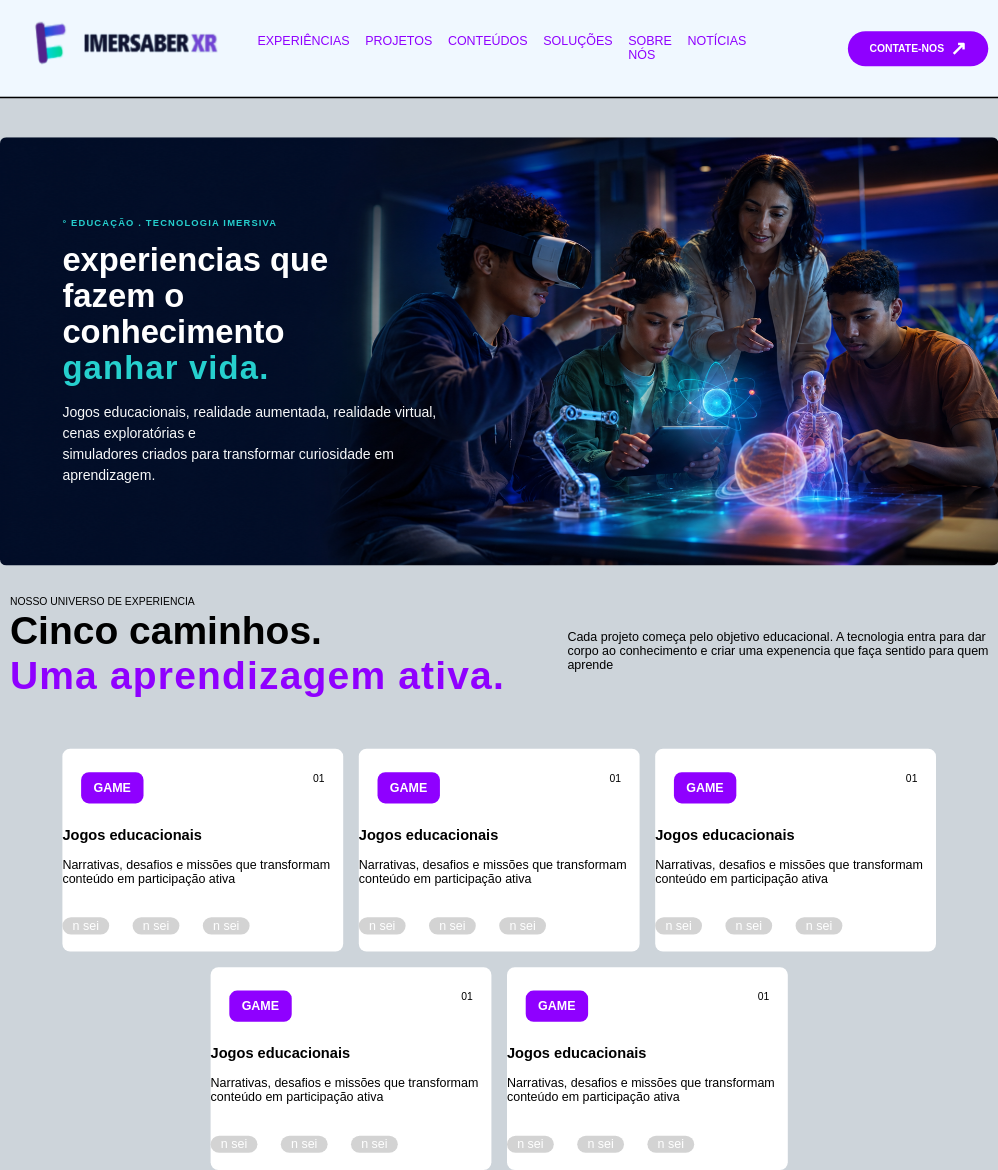
Repository: antonymsantana-design/Avaliacao.Parte.01
Page: html/index.html
An editor plug-in stored every save of this project. The page is shown before and after the next save, followed by the edit.
The browser window is 1280 px wide. The pictures show the whole page, at 78% of full size.

Above is the page before, as saved 2026-08-29 18:49:06.

### html/index.html
<!DOCTYPE html>
<html lang="pt-br">

<head>
    <meta charset="UTF-8">
    <meta name="viewport" content="width=device-width, initial-scale=1.0">
    <title>avaliação </title>
    <link rel="stylesheet" href="../css/Style.css">
</head>
<header>
    <div class="conteudoH" id="conteudoH">
        <div class="imagem" id="imagem">
            <img src="../images/Design sem nome.png" alt="logo" class="logoIMG" id="logoIMG">
        </div>
        <div class="links" id="links">
            <a href="#">EXPERIÊNCIAS</a>
            <a href="#">PROJETOS</a>
            <a href="#">CONTEÚDOS</a>
            <a href="#">SOLUÇÕES</a>
            <a href="#">SOBRE NÓS</a>
            <a href="#">NOTÍCIAS</a>
        </div>
        <div class="btnDiv" id="btnDiv">
            <button class="btn" id="btn">
                <div class="btnTxt" id="btnTxt">
                    <p>CONTATE-NOS</p>
                </div>
                <div class="emoji" id="emoji">
                    <p>↗</p>
                </div>
            </button>
        </div>
    </div>
</header>

<body>


    <div class="conteudoBanner">
        <img src="../images/hero-banner-imersaber.png" alt="banner">
        <div class="txtBanner" id="txtBanner">
            <span>° EDUCAÇÃO . TECNOLOGIA IMERSIVA</span>
            <h1>experiencias que <br> fazem o <br> conhecimento <br> <span class="spn">ganhar vida. </span></h1>
            <p>Jogos educacionais, realidade aumentada, realidade virtual, cenas exploratórias e<br>
                simuladores criados para transformar curiosidade em aprendizagem.</p>
        </div>
    </div>

    <BR></BR>

    <div class="titulo" id="titulo">
        <div class="eTitulo">
            <small>NOSSO UNIVERSO DE EXPERIENCIA</small>
            <h1 class="eH1">Cinco caminhos. <br>
                <span>Uma aprendizagem ativa.</span>
            </h1>
        </div>
        <div class="dTitulo">
            <p>Cada projeto começa pelo objetivo educacional. A tecnologia entra para dar <br> corpo ao conhecimento e
                criar uma expenencia que faça sentido para quem <br> aprende</p>
        </div>
    </div>

    <div class="cards">

        <div class="card1">
            <div class="cima">
                <p>GAME</p>
                <small>01</small>
            </div>
            <div class="meio">
                <h3>
                    Jogos educacionais
                </h3> <br>
                <p>Narrativas, desafios e missões que transformam conteúdo em participação ativa</p>
            </div>
            <div class="baixo">
                <p> n sei</p>
                <p> n sei</p>
                <p> n sei</p>
            </div>
        </div>

        <div class="card1">
            <div class="cima">
                <p>GAME</p>
                <small>01</small>
            </div>
            <div class="meio">
                <h3>
                    Jogos educacionais
                </h3> <br>
                <p>Narrativas, desafios e missões que transformam conteúdo em participação ativa</p>
            </div>
            <div class="baixo">
                <p> n sei</p>
                <p> n sei</p>
                <p> n sei</p>
            </div>
        </div>

        <div class="card1">
            <div class="cima">
                <p>GAME</p>
                <small>01</small>
            </div>
            <div class="meio">
                <h3>
                    Jogos educacionais
                </h3> <br>
                <p>Narrativas, desafios e missões que transformam conteúdo em participação ativa</p>
            </div>
            <div class="baixo">
                <p> n sei</p>
                <p> n sei</p>
                <p> n sei</p>
            </div>
        </div>

        <div class="card1">
            <div class="cima">
                <p>GAME</p>
                <small>01</small>
            </div>
            <div class="meio">
                <h3>
                    Jogos educacionais
                </h3> <br>
                <p>Narrativas, desafios e missões que transformam conteúdo em participação ativa</p>
            </div>
            <div class="baixo">
                <p> n sei</p>
                <p> n sei</p>
                <p> n sei</p>
            </div>
        </div>

        <div class="card1">
            <div class="cima">
                <p>GAME</p>
                <small>01</small>
            </div>
            <div class="meio">
                <h3>
                    Jogos educacionais
                </h3> <br>
                <p>Narrativas, desafios e missões que transformam conteúdo em participação ativa</p>
            </div>
            <div class="baixo">
                <p> n sei</p>
                <p> n sei</p>
                <p> n sei</p>
            </div>
        </div>

    </div>

</body>

</html>

### css/Style.css
* {
    padding: 0px;
    margin: 0px;
    font-family: Arial, Helvetica, sans-serif;
}

body{
    background-color: rgb(205, 212, 218);
}

header {
    background-color: aliceblue;
    border-bottom: 2px solid black;
}

.conteudo {
    margin-top: 5px;
}

.conteudoH {
    display: flex;
    justify-content: space-between;
    padding-right: 100px;
    align-items: center;
}

a {
    text-decoration: none;
    color: #8f00ff;
}

.logoIMG {
    width: 330px;
    height: 120px;
}

.links {
    display: flex;
    gap: 20px;
    justify-content: center;
    padding-right: 130px;
}

.btn {
    display: flex;
    justify-content: center;
    width: 180px;
    height: 45px;
    background-color: #8F00FF;
    font-weight: 800;
    border: none;
    border-radius: 25px;
    color: white;
    align-items: center;
    gap: 8px;
}

.emoji {
    font-size: 25px;
}

/*parte banner*/

.txtBanner p {
    margin: 0;
    font-size: 18px;
    color: #f8f9fa;
}

.conteudoBanner {
    position: relative;
    width: 100%;
    margin: 50px auto 0;
}

.conteudoBanner img {
    width: 100%;
    height: auto;
    display: block;
    border-radius: 8px;
}

.txtBanner {
    position: absolute;
    top: 50%;
    left: 80px;
    color: white;
    transform: translateY(-50%);
    max-width: 500px;
    font-family: sans-serif;
}

span {
    font-size: 12px;
    letter-spacing: 1.5px;
    font-weight: bold;
    color: #26d0ce;
    display: block;
    margin-bottom: 15px;
}

.txtBanner h1 {
    font-size: 42px;
    font-weight: 800;
    line-height: 1.1;
    margin: 0 0 20px 0;
}

.spn {
        font-size: 42px;
    color: #26d0ce;
}

.txtBanner {
    font-size: 14px;
    line-height: 1.5;
}

/*parte 3*/

.titulo{
    display: flex;
    justify-content: center;
    gap: 80px;
    margin-bottom: 50px;
}

.dTitulo{
    display: flex;
    justify-content: center;
    align-items: center;
}

.eH1{
    font-size: 50px;
}

.eH1 span{
    color: #8F00FF;
   font-size: 50px;
}

.card1{
    padding-top: 30px;
    width: 360px;
    height: 230px;
    background-color: white;
    border-radius: 10px;
}

.cima{
    display: flex;
    justify-content: space-around;
    gap: 170px;
    margin-bottom: 30px;
}

.cima p{
    color: white;
    background-color: #8F00FF;
    width: 80px;
    height: 40px;
    border-radius: 10px;
    display: flex;
    justify-content: center;
    align-items: center;
    font-weight: bold;
}

.baixo{
    display: flex;
    justify-content: left;
    align-items: center;
    gap: 30px;
    color: white;
}

.meio{
    margin-bottom: 40px;
}

.baixo p{
    background-color: lightgrey;
    width: 60px;
    height: 22px;
    border-radius: 15px;
     display: flex;
    justify-content: center;
    align-items: center;
}

.cards{
    display: flex;
    justify-content: center;
    gap: 20px;
    flex-wrap: wrap;
}

After the next save:
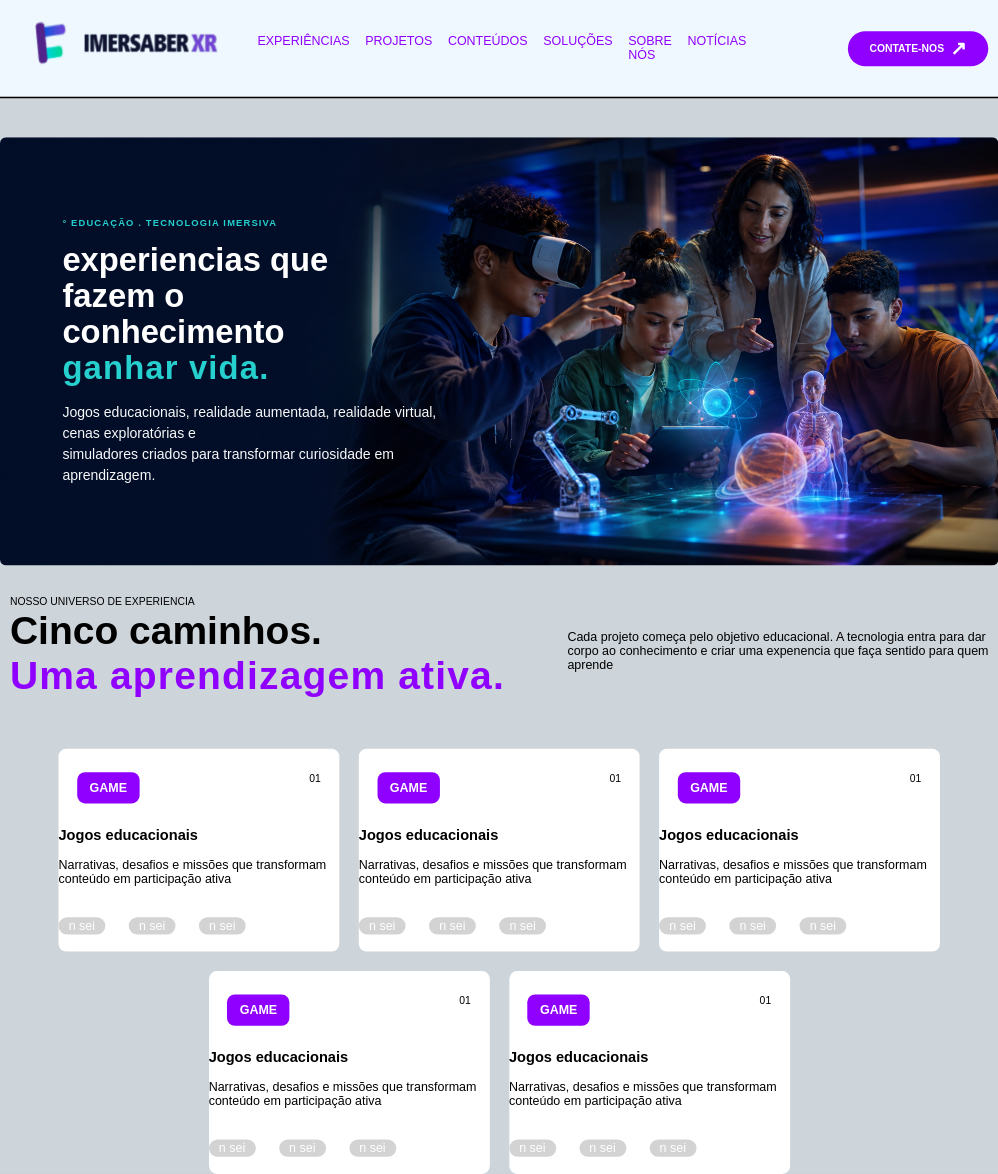
Saved 8 s later.
--- a/css/Style.css
+++ b/css/Style.css
@@ -192,6 +192,6 @@ span {
 .cards{
     display: flex;
     justify-content: center;
-    gap: 20px;
+    gap: 25px;
     flex-wrap: wrap;
 }
